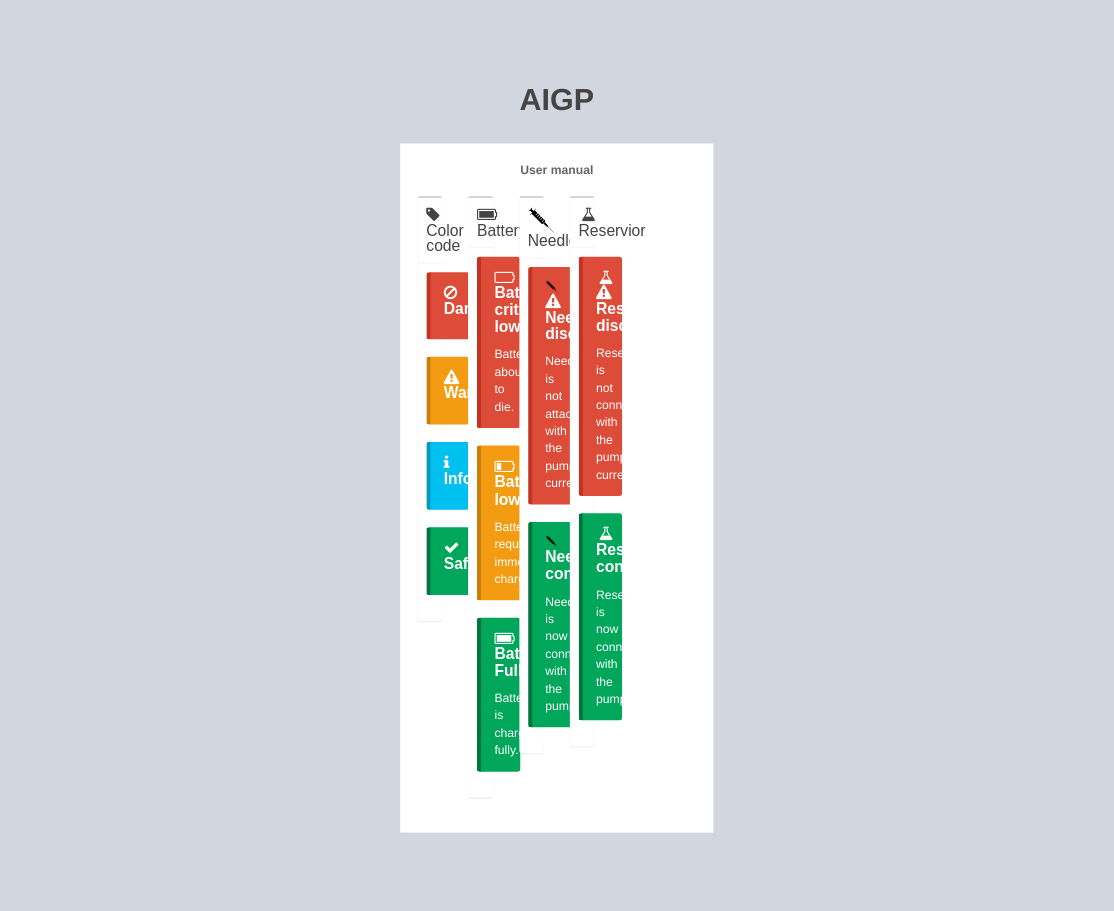
Repository: jaymitdp/AIGP_Main
Page: http://localhost/AIGP/pumpLayout/views/help.jsp
The author's editor kept a copy of each file at every save. The page is drawn from the files as they stood at one save, then again after the next save.
The browser window is 1280 px wide. The pictures show the whole page, at 87% of full size.
Some web fonts or font styles are not loaded; a fallback is used. The page is served by Tomcat 9.

Above is the page before, as saved 2018-01-23 22:56:06.

After the next save:
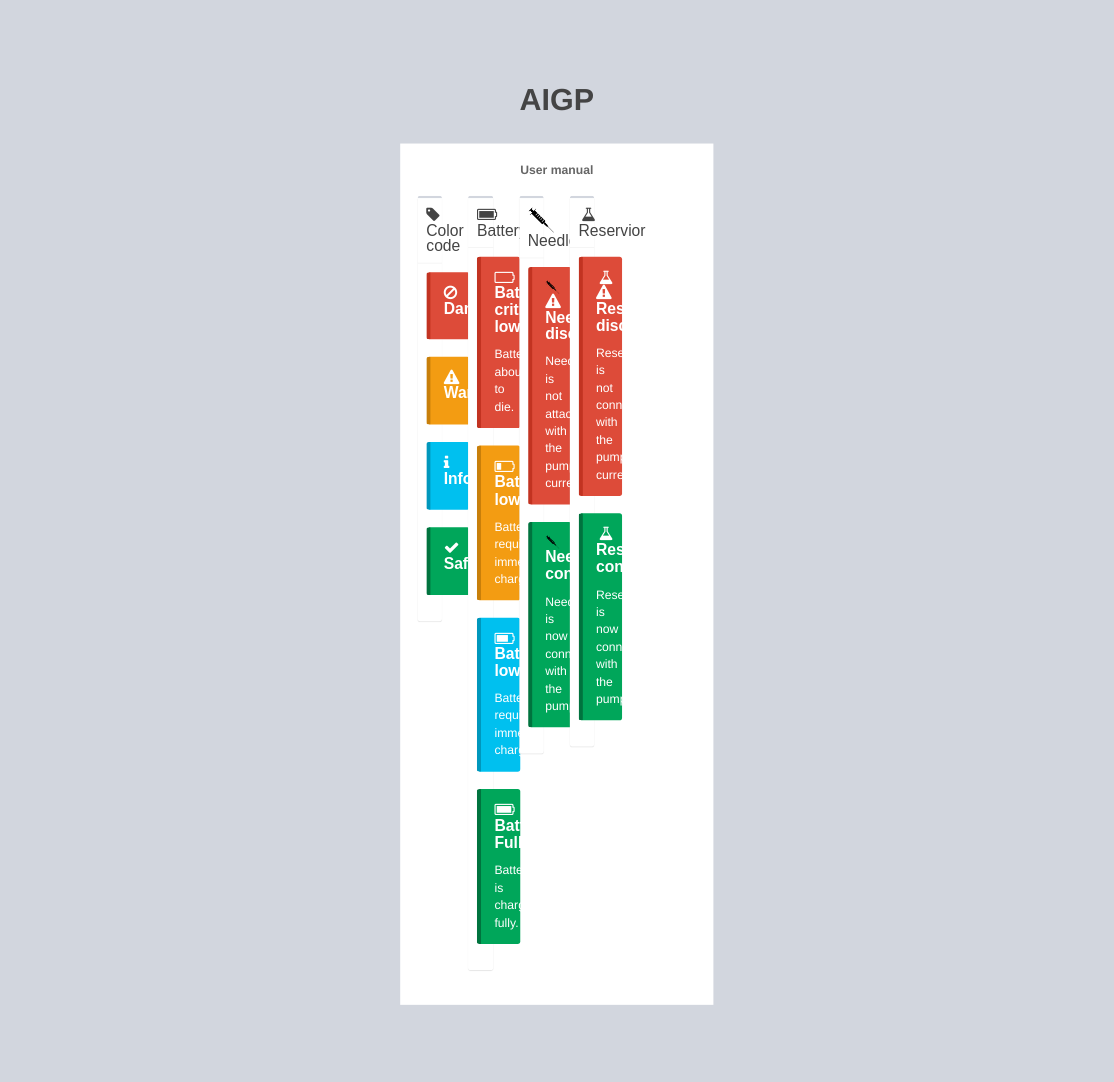
Saved 84 s later.
--- a/Project/AIGP/WebContent/pumpLayout/views/help.jsp
+++ b/Project/AIGP/WebContent/pumpLayout/views/help.jsp
@@ -61,6 +61,10 @@
                     <h4><i class="fa fa-battery-quarter"></i> Battery low!</h4>
                     Battery requires immediate charging.
                   </div>
+                  <div class="callout callout-info">
+                    <h4><i class="fa fa-battery-three-quarters"></i> Battery low!</h4>
+                    Battery requires immediate charging.
+                  </div>
                   <div class="callout callout-success">
                     <h4><i class="fa fa-battery-full"></i> Battery Full!</h4>
                     Battery is charged fully.
